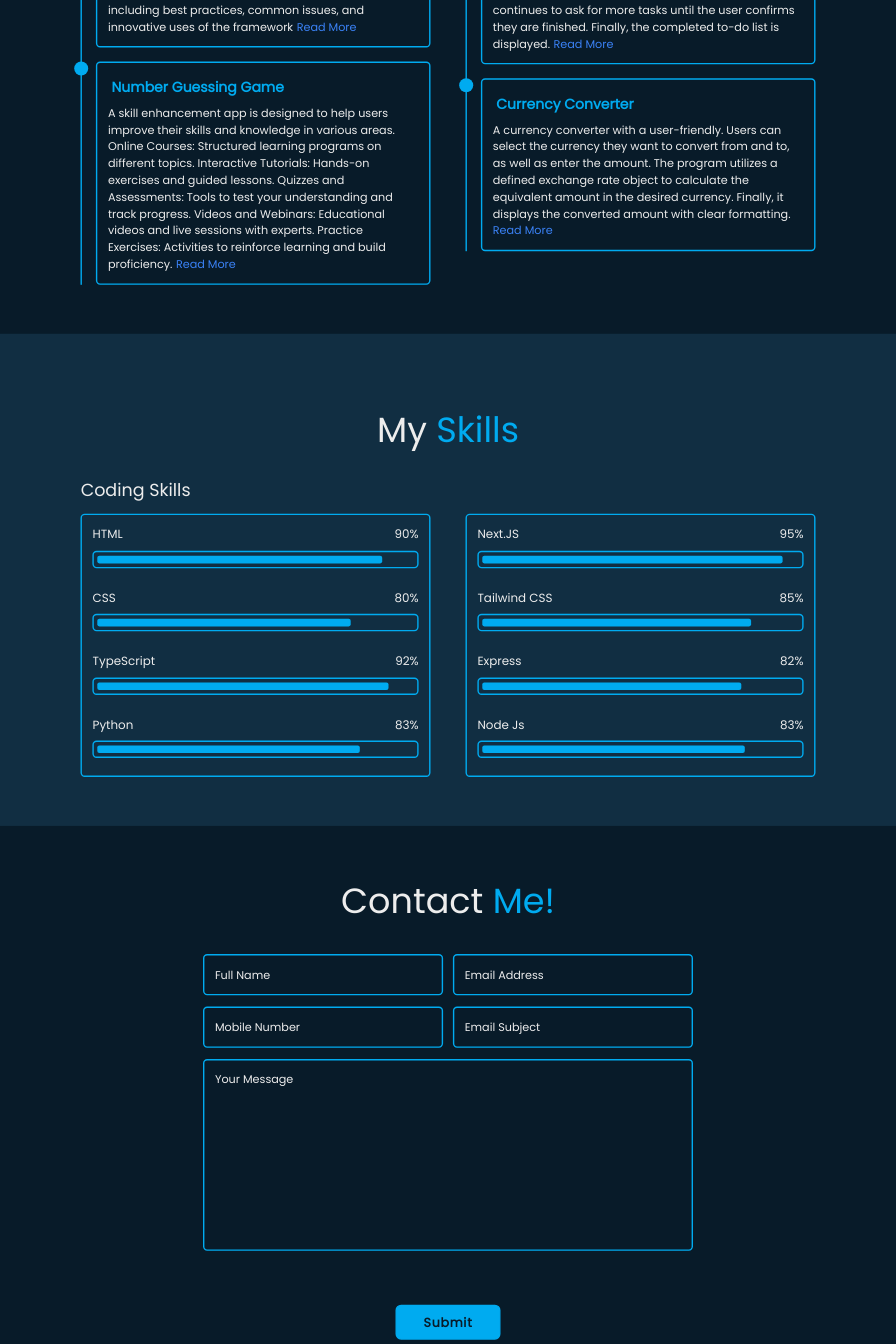
Repository: asadullah48/nextjs_projects_portfolio
Page: /
An editor plug-in stored every save of this project. The page is shown before and after the next save, followed by the edit.
The browser window is 1280 px wide. The pictures show the part of the page from y = 2237 to 4157 px (the page is 4306 px tall before and 4258 px after), at 70% of full size.
The project was rebuilt for these pictures with package versions that can differ from the ones it lists, and the page was loaded fresh each time. The framework's server and built-in components were replaced by stand-ins that run in the browser. Also part of the build but not shown: next.config.ts.

Above is the page before, as saved 2024-11-13 14:47:56.

After the next save:
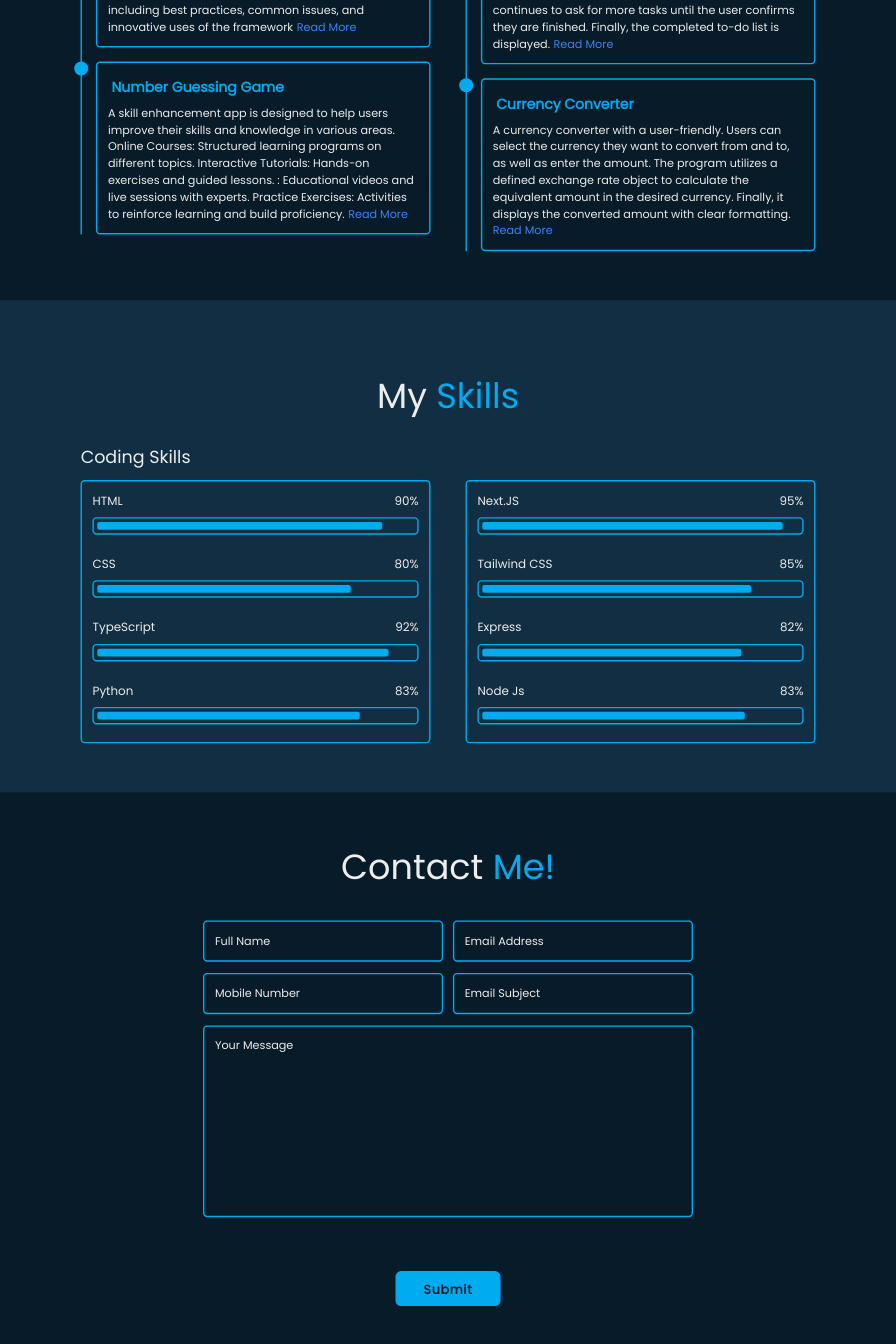
Saved 20 s later.
--- a/src/app/page.tsx
+++ b/src/app/page.tsx
@@ -281,8 +281,7 @@
                   </div>
                   <p> A skill enhancement app is designed to help users improve their skills and knowledge in various areas.
                     Online Courses: Structured learning programs on different topics. Interactive Tutorials: Hands-on exercises and guided lessons.
-Quizzes and Assessments: Tools to test your understanding and track progress.
-Videos and Webinars: Educational videos and live sessions with experts.
+: Educational videos and live sessions with experts.
 Practice Exercises: Activities to reinforce learning and build proficiency.
                     <Link
                       href=""

After the 2 saves that followed:
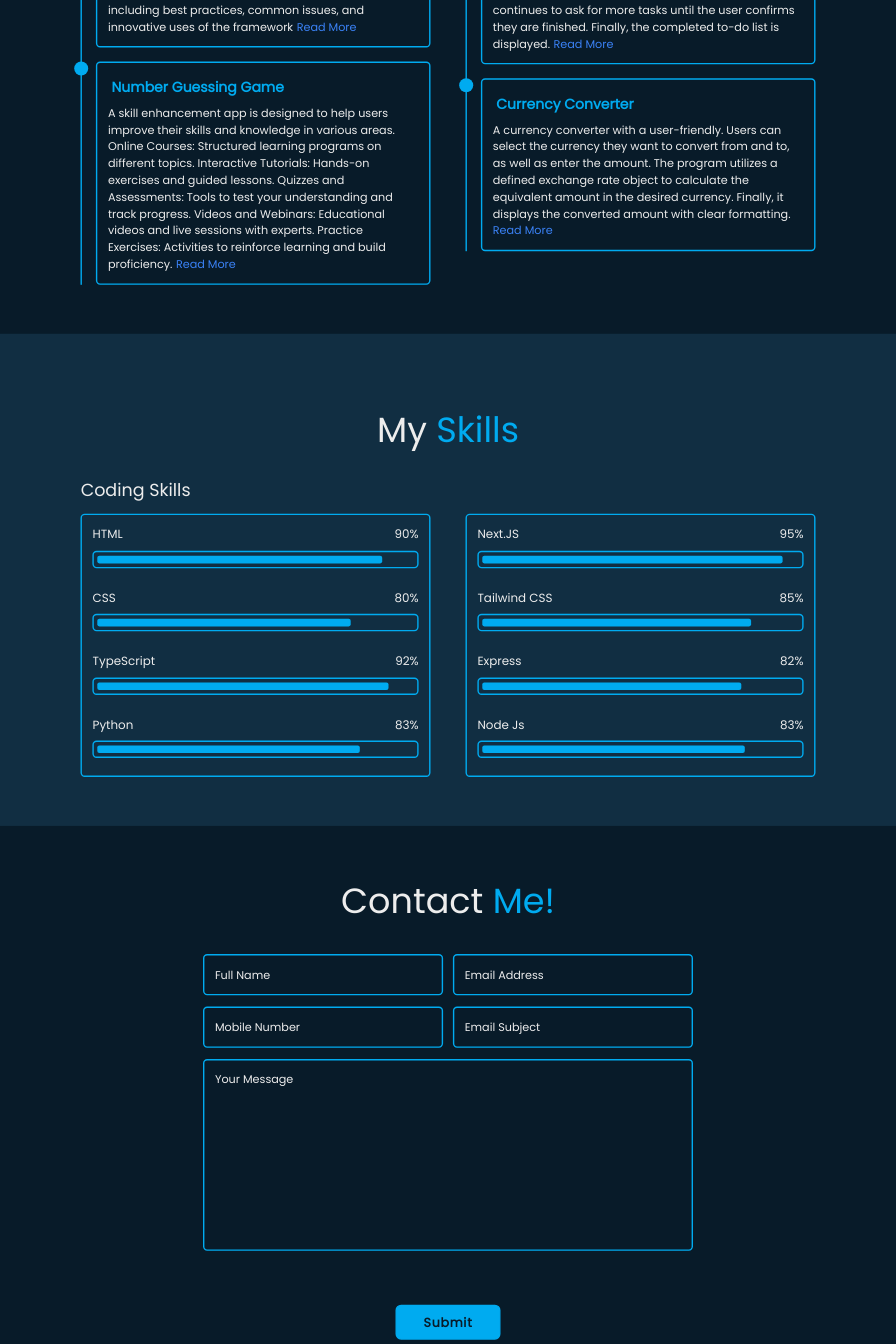
The 2 saves are shown as one change because they came seconds apart.
The last was saved 7 s later.
--- a/src/app/page.tsx
+++ b/src/app/page.tsx
@@ -281,7 +281,8 @@
                   </div>
                   <p> A skill enhancement app is designed to help users improve their skills and knowledge in various areas.
                     Online Courses: Structured learning programs on different topics. Interactive Tutorials: Hands-on exercises and guided lessons.
-: Educational videos and live sessions with experts.
+Quizzes and Assessments: Tools to test your understanding and track progress.
+Videos and Webinars: Educational videos and live sessions with experts.
 Practice Exercises: Activities to reinforce learning and build proficiency.
                     <Link
                       href=""
